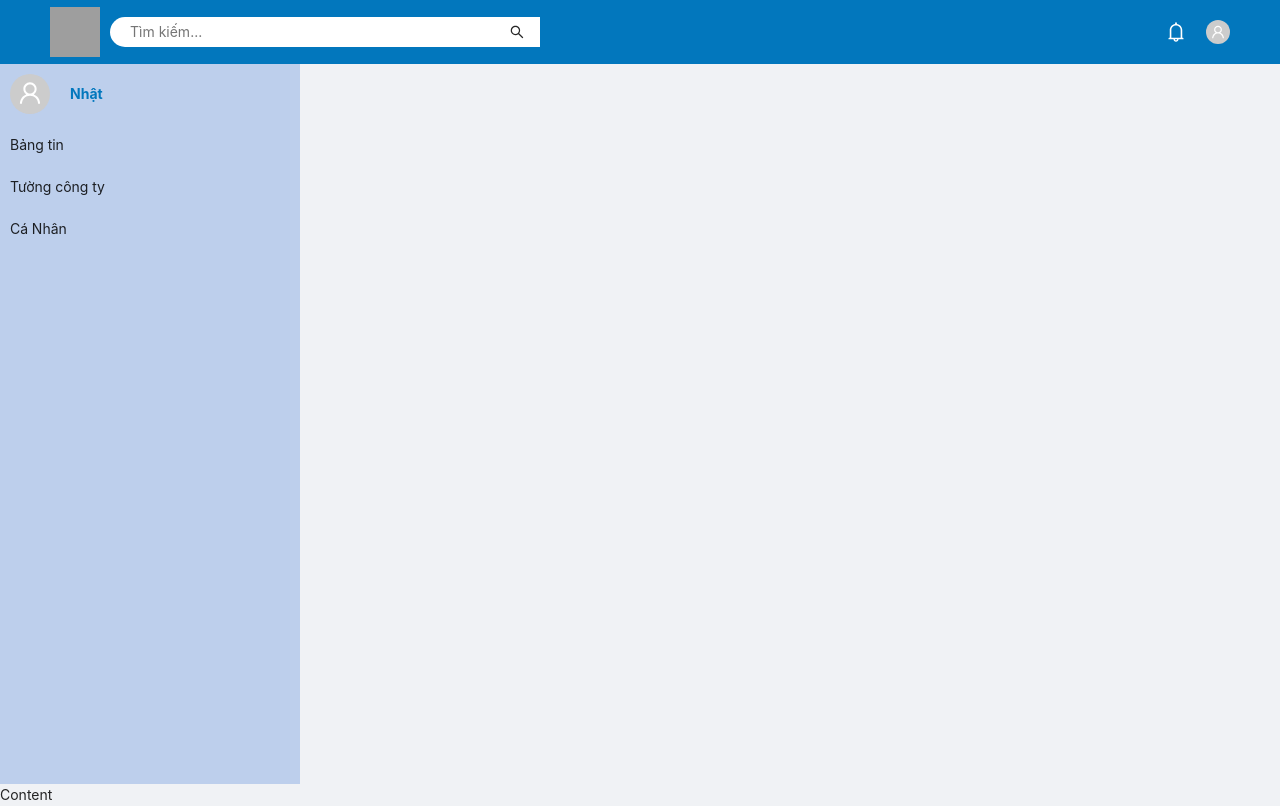
Repository: baonhat27/SocialNetwork_FE
Page: /home
An editor plug-in stored every save of this project. The page is shown before and after the next save, followed by the edit.
The browser window is 1280 px wide. The pictures show the whole page.
Pictures or frames that could not be fetched are drawn as grey boxes. The project was rebuilt for these pictures with package versions that can differ from the ones it lists, and the page was loaded fresh each time. Also part of the build but not shown: src/containers/home/component/HomeComponent.module.css, src/containers/loginPage/component/LoginPageComponent.module.css, src/components/Input/Input.module.css, src/components/Input/Input.js, src/components/Button/Button.module.css, src/components/Button/Button.js, src/containers/loginPage/component/LoginPageComponent.js, src/containers/loginPage/LoginPageContainer.js.

Above is the page before, as saved 2022-03-09 21:53:46.

After the next save:
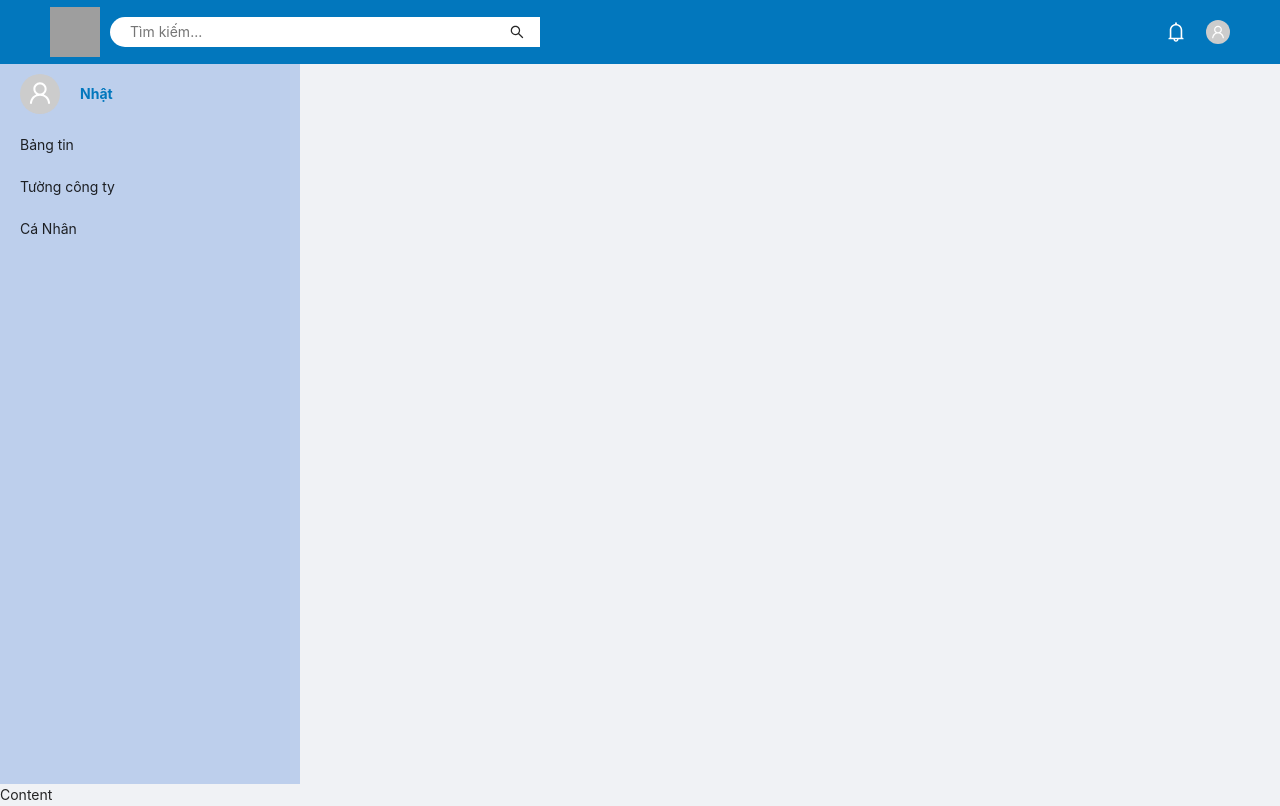
Saved 14 s later.
--- a/src/containers/sider/component/Sider.module.css
+++ b/src/containers/sider/component/Sider.module.css
@@ -7,7 +7,7 @@
     flex-direction: column;
 }
 .sider_item{
-    margin: 10px;
+    margin: 10px 0px 10px 20px;
 }
 .user_info{
     display: flex;
